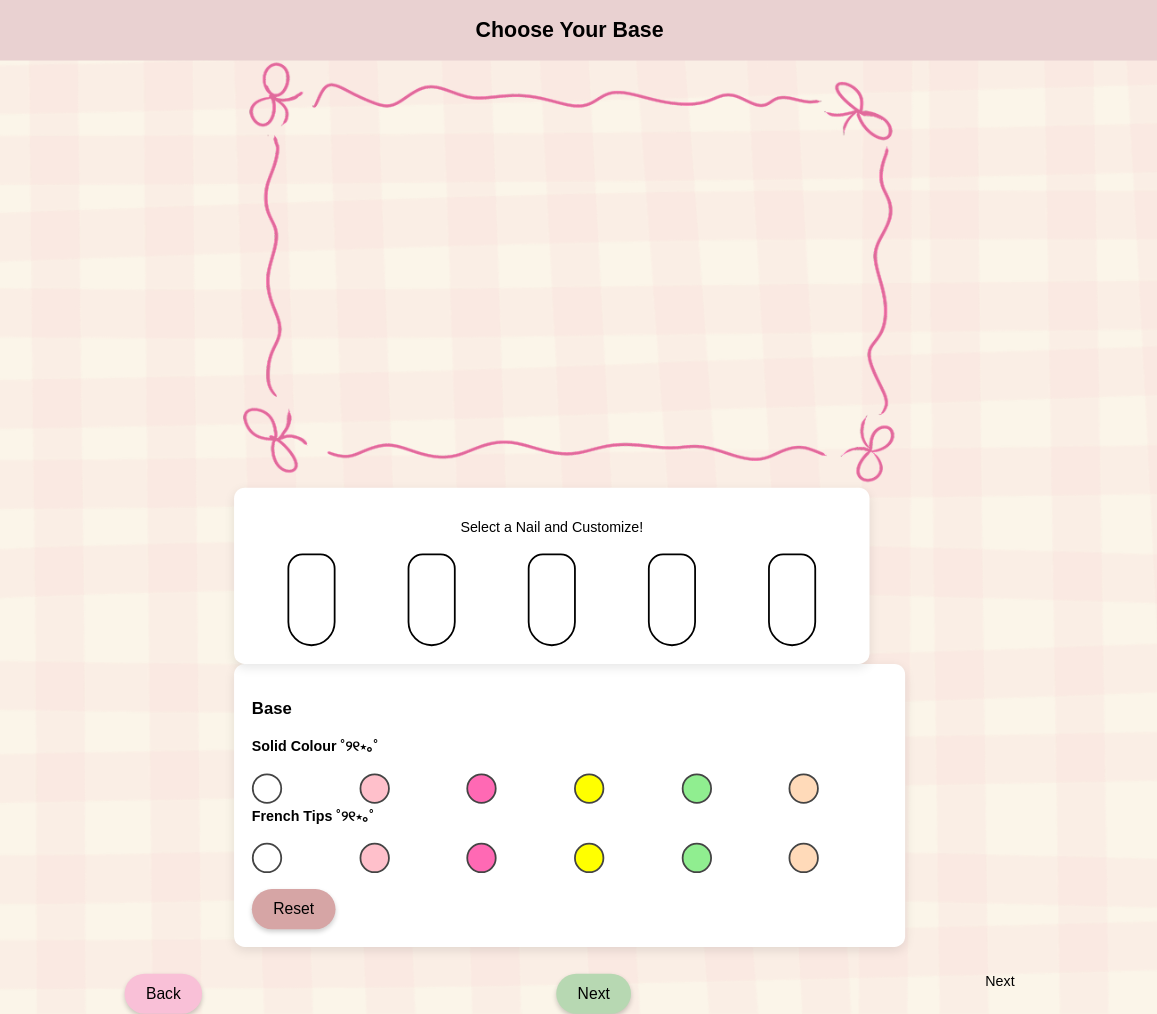
Repository: amolwalia/Fluidity-Lab
Page: basepaint.html
The author's editor kept a copy of each file at every save. The page is drawn from the files as they stood at one save, then again after the next save.
The browser window is 1280 px wide. The page is 1300 px wide, so the pictures cover 1300 px, including what lies to the right of the window. The pictures show the whole page, at 89% of full size.

Above is the page before, as saved 2025-05-11 19:46:45.

### basepaint.html
<!DOCTYPE html>
<html lang="en">
  <head>
    <meta charset="UTF-8" />
    <meta name="viewport" content="width=device-width, initial-scale=1.0" />
    <title>Choose Your Base</title>
    <link rel="stylesheet" href="./styles/basepaints.css" />
  </head>
  <body>
    <header>Choose Your Base</header>

    <div class="nail-box-container">
      <img src="./media/border.png" alt="Pink Border" class="border_image" />
      <div class="nail-area">
        <p style="text-align: center">Select a Nail and Customize!</p>
        <div class="nails">
          <div class="nail" onclick="selectNail(this)"></div>
          <div class="nail" onclick="selectNail(this)"></div>
          <div class="nail" onclick="selectNail(this)"></div>
          <div class="nail" onclick="selectNail(this)"></div>
          <div class="nail" onclick="selectNail(this)"></div>
        </div>
      </div>

      <div class="palette">
        <h3>Base</h3>
        <strong>Solid Colour ˚୨୧⋆｡˚</strong>
        <div class="colors">
          <div
            class="color"
            style="background: white"
            onclick="setColor('white')"
          ></div>
          <div
            class="color"
            style="background: pink"
            onclick="setColor('pink')"
          ></div>
          <div
            class="color"
            style="background: hotpink"
            onclick="setColor('hotpink')"
          ></div>
          <div
            class="color"
            style="background: yellow"
            onclick="setColor('yellow')"
          ></div>
          <div
            class="color"
            style="background: lightgreen"
            onclick="setColor('lightgreen')"
          ></div>
          <div
            class="color"
            style="background: peachpuff"
            onclick="setColor('peachpuff')"
          ></div>
        </div>
        <strong>French Tips ˚୨୧⋆｡˚</strong>
        <div class="colors">
          <div
            class="color"
            style="background: white"
            onclick="setColor('white')"
          ></div>
          <div
            class="color"
            style="background: pink"
            onclick="setColor('pink')"
          ></div>
          <div
            class="color"
            style="background: hotpink"
            onclick="setColor('hotpink')"
          ></div>
          <div
            class="color"
            style="background: yellow"
            onclick="setColor('yellow')"
          ></div>
          <div
            class="color"
            style="background: lightgreen"
            onclick="setColor('lightgreen')"
          ></div>
          <div
            class="color"
            style="background: peachpuff"
            onclick="setColor('peachpuff')"
          ></div>
        </div>
        <br />
        <button class="btn btn-brown" onclick="resetColors()">Reset</button>
      </div>
    </div>

    <div class="btn-row">
      <button class="btn btn-pink" onclick="location.href='index.html'">
        Back
      </button>
      <button class="btn btn-green" onclick="saveNailColorsAndGoNext()">Next</button>
        Next
      </button>
    </div>
  </body>
</html>

### styles/basepaints.css
body {
  margin: 0;
  font-family: "Quicksand", sans-serif;
  background: url("../media/pink_plaid.png");
  background-size: cover;
  background-blend-mode: multiply;
  background-color: #fbf5e9;
  display: flex;
  flex-direction: column;
  align-items: center;
}
header {
  width: 100%;
  padding: 20px;
  background-color: #e9d1d1;
  text-align: center;
  font-weight: bold;
  font-size: 1.5rem;
}
.container {
  display: flex;
  justify-content: space-between;
  padding: 40px;
  width: 100%;
  max-width: 1000px;
}

.nail-box-contianer {
  position: relative;
  display: inline-block; /* or block, depending on layout */
  padding: 20px;
}

.border-image {
  position: absolute;
  top: 0;
  left: 0;
  width: 100%;
  height: 100%;
  pointer-events: none;
  z-index: -1;
}

.nail-area {
  position: relative;
  z-index: 2;
  background: white;
  border-radius: 20px;
  padding: 30px;
}

.nail-area,
.palette {
  background: #fff;
  border-radius: 12px;
  padding: 20px;
  box-shadow: 0 4px 12px rgba(0, 0, 0, 0.1);
}
.nail-area {
  flex: 1;
  margin-right: 40px;
}
.palette {
  flex: 1;
}
.nails {
  display: flex;
  justify-content: space-around;
  margin-top: 20px;
}
.nail {
  width: 50px;
  height: 100px;
  border: 2px solid #000;
  border-radius: 25px 25px 40px 40px;
  background: #fff;
  position: relative;
  overflow: hidden;
}
.french-tip-overlay {
  position: absolute;
  top: 0;
  left: 0;
  width: 100%;
  height: 100%;
  pointer-events: none;
  z-index: 50;
  background: none;
}
.french-tip-overlay::before {
  content: "";
  position: absolute;
  top: 0;
  left: 0;
  width: 100%;
  height: 100%;
  background: url("data:[embedded picture, 672 characters]")
    top center / 100% auto no-repeat;
  opacity: 1;
  z-index: 50;
}
.colors {
  display: grid;
  grid-template-columns: repeat(6, 1fr);
  gap: 10px;
  margin-top: 20px;
}
.color {
  width: 30px;
  height: 30px;
  border-radius: 50%;
  cursor: pointer;
  border: 2px solid #444;
}
.btn-row {
  display: flex;
  justify-content: space-between;
  width: 100%;
  max-width: 1000px;
  margin-top: 30px;
}
.btn {
  padding: 12px 24px;
  font-size: 1.1rem;
  background-color: #b7d8b2;
  border: none;
  border-radius: 25px;
  cursor: pointer;
  box-shadow: 0 3px 6px rgba(0, 0, 0, 0.2);
  transition: transform 0.3s ease, box-shadow 0.3s ease;
}
.btn:hover {
  transform: scale(1.05);
  box-shadow: 0 6px 12px rgba(183, 216, 178, 0.6);
}
.btn-pink {
  background-color: #f9c0d7;
}
.btn-green {
  background-color: #b7d8b2;
}
.btn-brown {
  background-color: #d6a5a5;
}

After the next save:
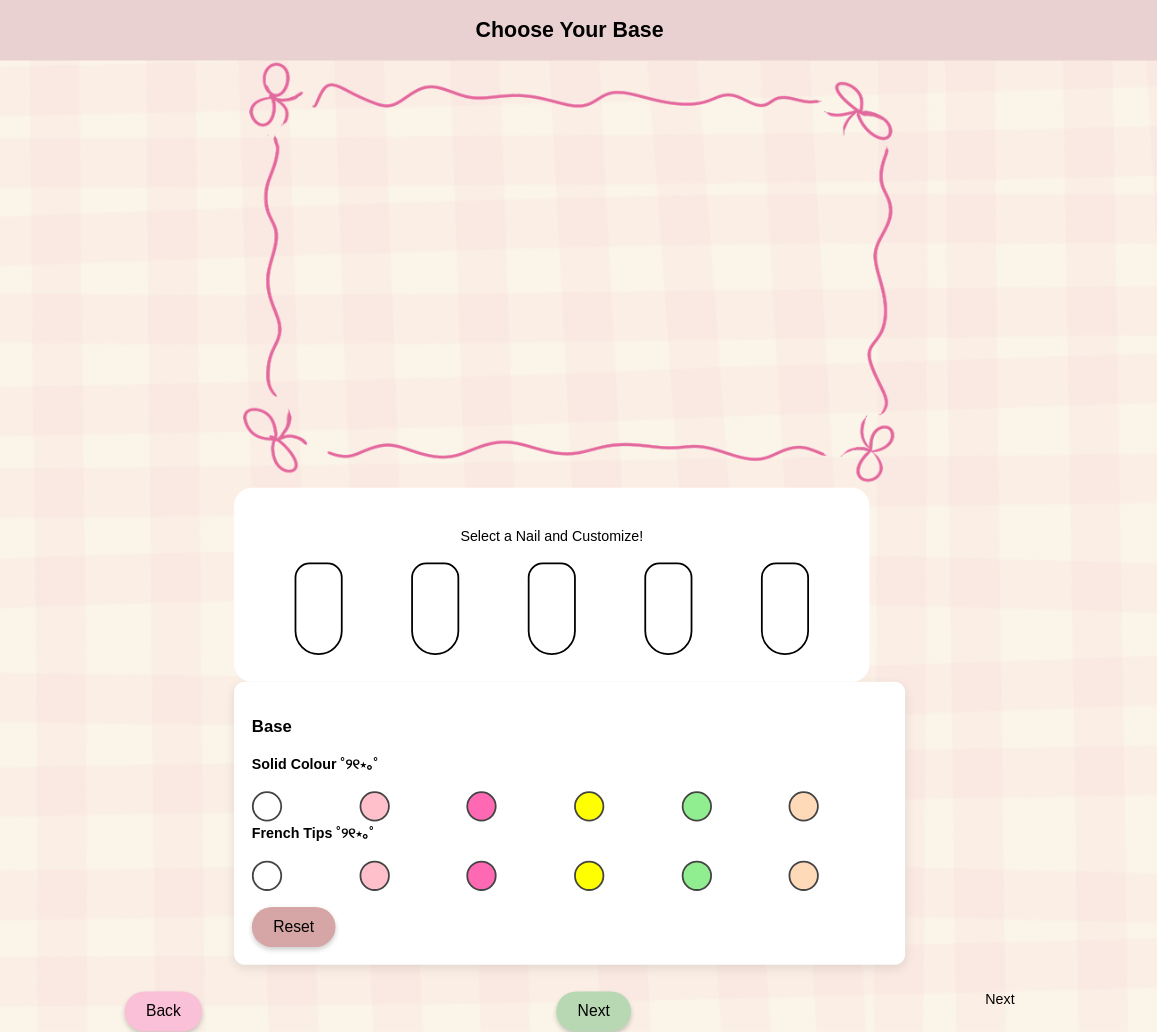
Saved 13 s later.
--- a/styles/basepaints.css
+++ b/styles/basepaints.css
@@ -49,7 +49,7 @@ header {
   padding: 30px;
 }
 
-.nail-area,
+/* .nail-area, */
 .palette {
   background: #fff;
   border-radius: 12px;
